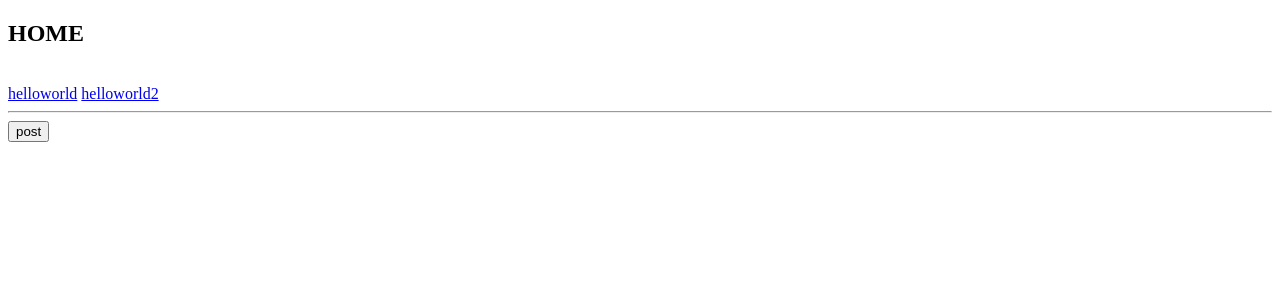
Repository: weiqilin66/workSpaceXD
Page: http://localhost/springmvc-1/
The author's editor kept a copy of each file at every save. The page is drawn from the files as they stood at one save, then again after the next save.
The browser window is 1280 px wide. The pictures show the whole page.
The page is served by Tomcat 9. Other server files are loaded and not shown.

Above is the page before, as saved 2019-09-18 07:21:37.

### workspace/eclipseworkspace/ws01-study/springmvc-1/WebContent/index.jsp
<%@ page language="java" contentType="text/html; charset=ISO-8859-1"
    pageEncoding="UTF-8"%>
<!DOCTYPE html>
<html>
<head>
<meta charset="ISO-8859-1">
<title>Insert title here</title>
</head>
<body>
<h2>HOME</h2>
<br>
<a href="helloworld"> helloworld</a>
<a href="test/helloworld"> helloworld2</a>
<hr>
<!-- form表单指定method 默认是get -->
<form action="test/helloworldpost" method="post">
<input value="post" type="submit">
</form>
</body>
</html>

After the next save:
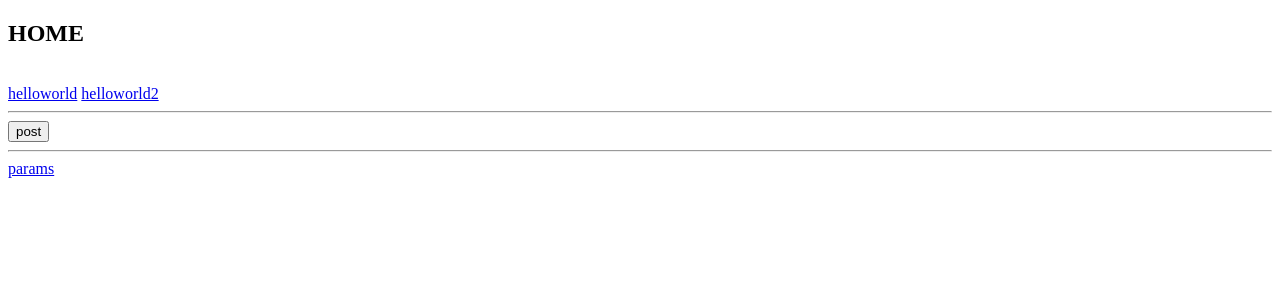
Saved 48 s later.
--- a/workspace/eclipseworkspace/ws01-study/springmvc-1/WebContent/index.jsp
+++ b/workspace/eclipseworkspace/ws01-study/springmvc-1/WebContent/index.jsp
@@ -15,6 +15,8 @@
 <!-- form表单指定method 默认是get -->
 <form action="test/helloworldpost" method="post">
 <input value="post" type="submit">
+<hr>
+<a href="test/params?username=joy&age=10"> params</a>
 </form>
 </body>
 </html>
